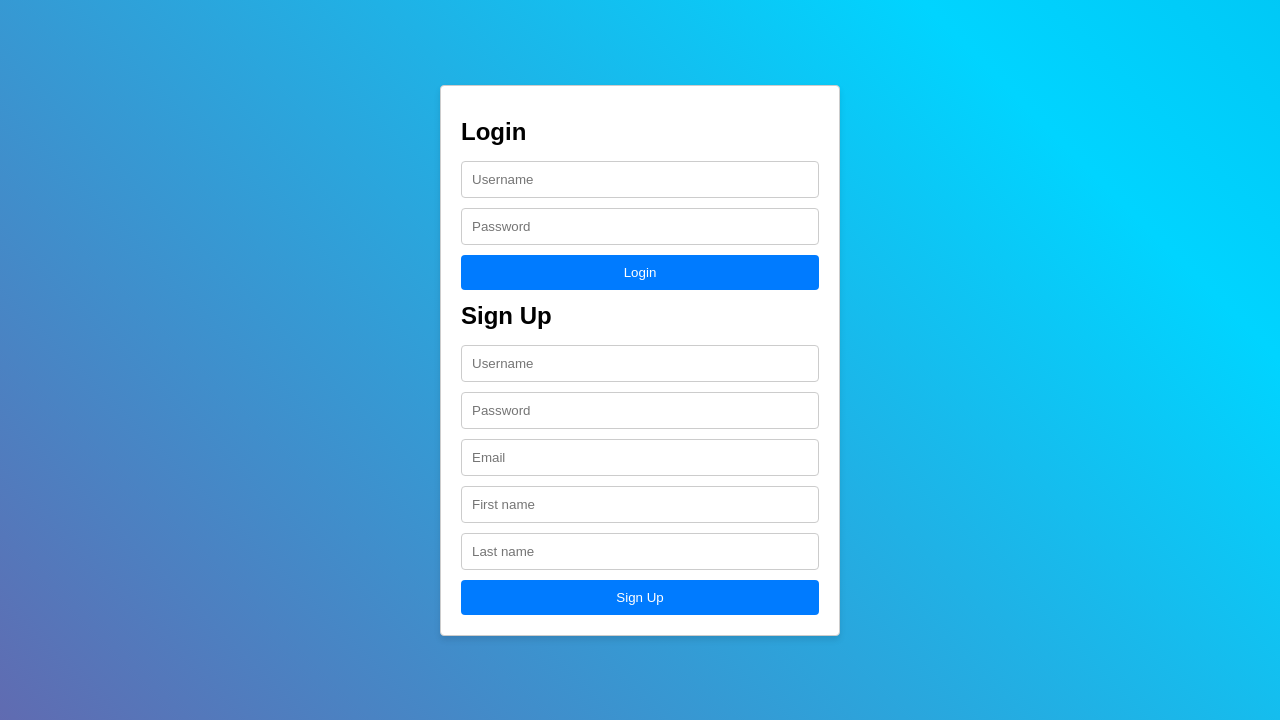
Repository: elqueben/message
Page: / (app in message-app/)
The author's editor kept a copy of each file at every save. The page is drawn from the files as they stood at one save, then again after the next save.
The browser window is 1280 px wide. The pictures show the whole page.
The project was rebuilt for these pictures with package versions that can differ from the ones it lists, and the page was loaded fresh each time. Also part of the build but not shown: message-app/vite.config.js.

Above is the page before, as saved 2023-05-08 15:38:57.

After the next save:
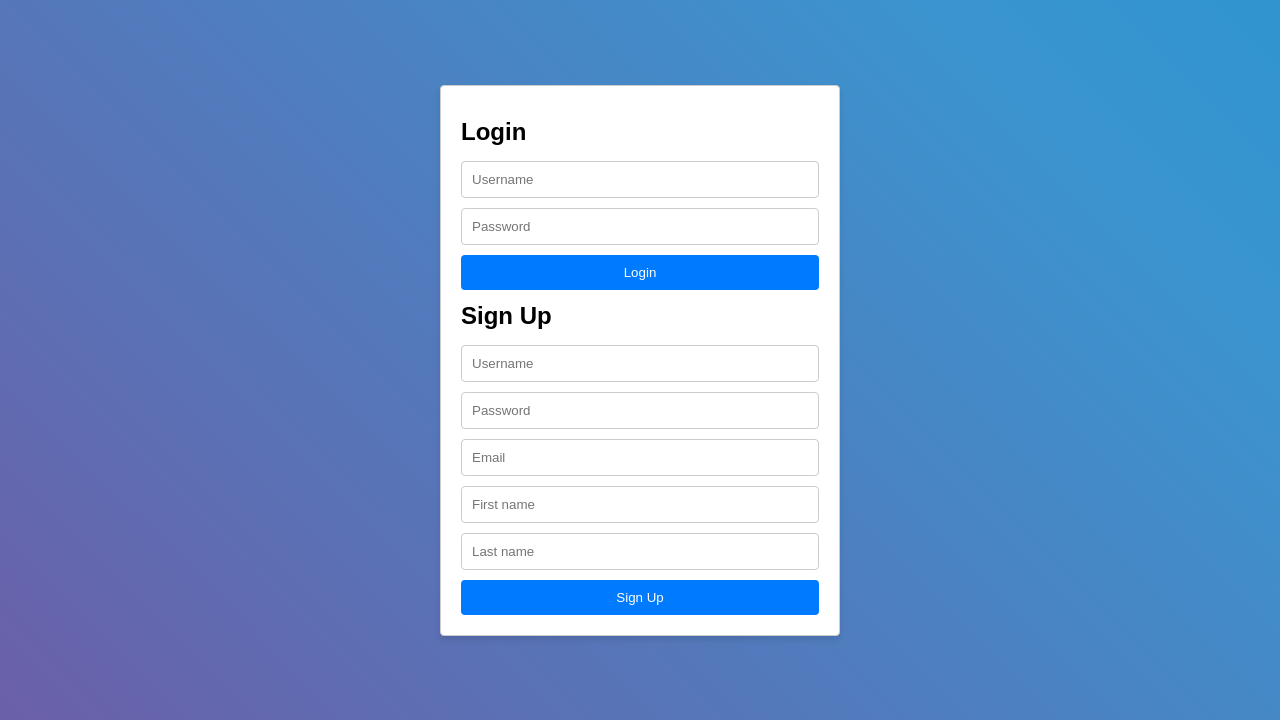
Saved 25 s later.
--- a/message-app/src/style.css
+++ b/message-app/src/style.css
@@ -16,7 +16,7 @@ body {
   background: linear-gradient(
     45deg,
     rgba(117, 84, 160, 1),
-    rgba(0, 212, 255, 1),
+    rgba(59, 148, 207, 1),
     rgba(0, 148, 207, 1)
   );
   background-size: 200% 200%;
